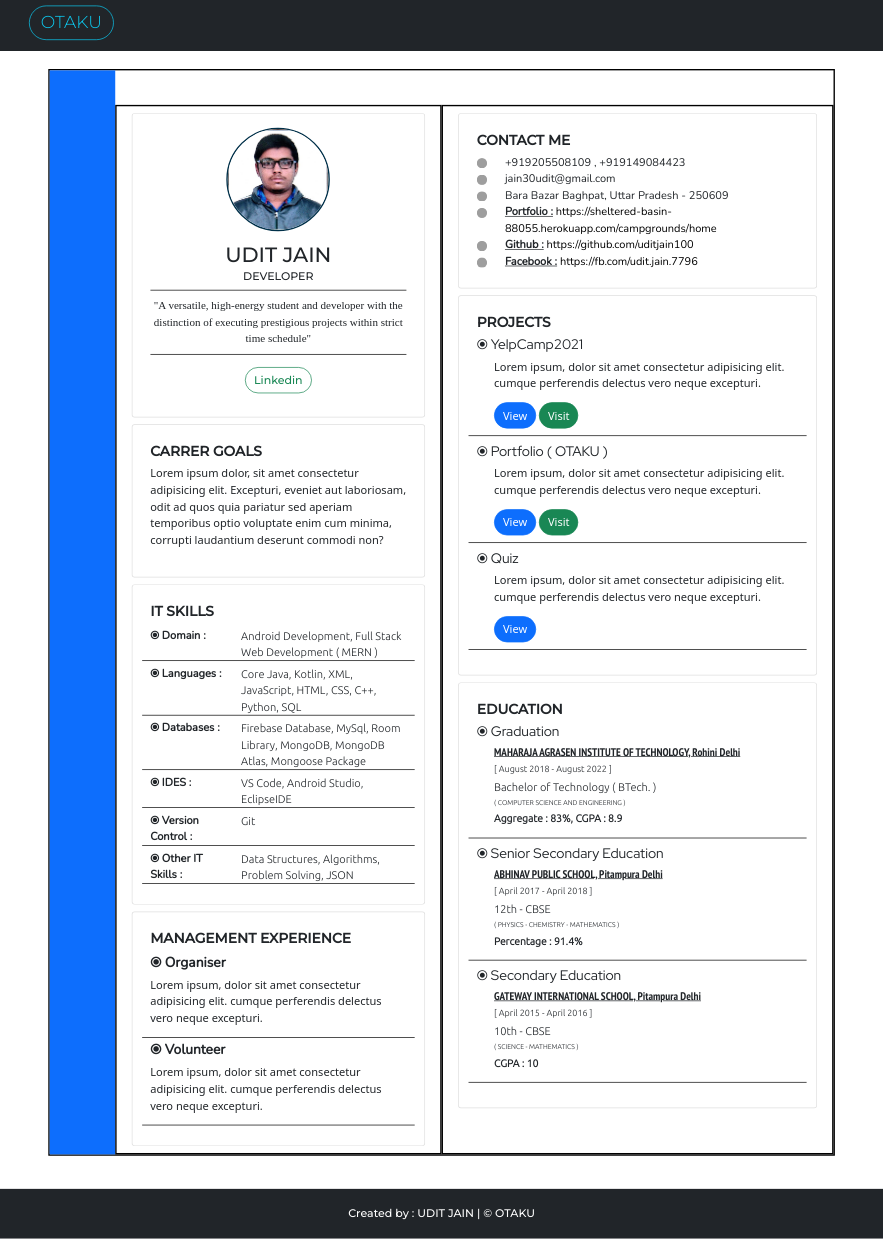
Repository: uditjain100/Responsive-Resume
Page: layouts/index.html
These files come from the project's save history. The page is drawn as it stood at one moment and after the next save; the edit follows.
The browser window is 1280 px wide. The pictures show the whole page, at 69% of full size.
Pictures or frames that could not be fetched are drawn as grey boxes. Some web fonts or font styles are not loaded; a fallback is used. Some web libraries are served in a nearby version.

Above is the page before, as saved 2021-03-01 18:33:08.

### layouts/index.html
<!DOCTYPE html>
<html lang="en">
  <head>
    <meta charset="UTF-8" />
    <meta http-equiv="X-UA-Compatible" content="IE=edge" />
    <meta name="viewport" content="width=device-width, initial-scale=1.0" />
    <title>Udit Jain</title>
    <link rel="stylesheet" href="app.css" />
    <link
      href="https://cdn.jsdelivr.net/npm/bootstrap@5.0.0-beta1/dist/css/bootstrap.min.css"
      rel="stylesheet"
      integrity="sha384-giJF6kkoqNQ00vy+HMDP7azOuL0xtbfIcaT9wjKHr8RbDVddVHyTfAAsrekwKmP1"
      crossorigin="anonymous"
    />

    <link rel="preconnect" href="https://fonts.gstatic.com" />
    <link
      href="https://fonts.googleapis.com/css2?family=Montserrat:wght@300;500&display=swap"
      rel="stylesheet"
    />
    <link
      href="https://fonts.googleapis.com/css2?family=Roboto+Slab:wght@300&display=swap"
      rel="stylesheet"
    />
    <link
      href="https://fonts.googleapis.com/css2?family=Spartan:wght@500&display=swap"
      rel="stylesheet"
    />
    <link
      href="https://fonts.googleapis.com/css2?family=Red+Hat+Display&display=swap"
      rel="stylesheet"
    />
    <link
      href="https://fonts.googleapis.com/css2?family=Ubuntu:wght@300&display=swap"
      rel="stylesheet"
    />
    <link
      href="https://fonts.googleapis.com/css2?family=Quicksand:wght@700&display=swap"
      rel="stylesheet"
    />
    <link
      href="https://fonts.googleapis.com/css2?family=Nunito&display=swap"
      rel="stylesheet"
    />
    <link
      href="https://fonts.googleapis.com/css2?family=Akaya+Kanadaka&display=swap"
      rel="stylesheet"
    />
    <link
      href="https://fonts.googleapis.com/css2?family=Akaya+Kanadaka&family=PT+Sans+Narrow:wght@700&display=swap"
      rel="stylesheet"
    />
  </head>
  <body>
    <header class="header">
      <nav class="navbar navbar-expand-lg navbar-light bg-dark pb-3 fixed-top">
        <div class="container-fluid">
          <a
            id="navtitle"
            class="navbar-brand text-info px-3 rounded-pill border border-info"
            href="#"
            >OTAKU</a
          >
        </div>
      </nav>
    </header>

    <div class="container">
      <div id="wholewindow" class="row">
        <div class="col-1 bg-primary"></div>
        <div id="leftwindow" class="col-5">
          <div id="namebox" class="card">
            <img
              id="profileimg"
              src="profile.jpg"
              class="card-img-top"
              alt="..."
            />
            <div class="card-body">
              <h3 class="card-title" style="font-size: 30px; font-weight: 400">
                UDIT JAIN
              </h3>
              <h6 class="card-subtitle">DEVELOPER</h6>
              <p id="summary">
                "A versatile, high-energy student and developer with the
                distinction of executing prestigious projects within strict time
                schedule"
              </p>
              <a href="#" class="btn btn-outline-success rounded-pill m-2"
                >Linkedin</a
              >
            </div>
          </div>
          <div id="goalbox" class="card">
            <div class="card-body">
              <h3 class="card-title">CARRER GOALS</h3>
              <p>
                Lorem ipsum dolor, sit amet consectetur adipisicing elit.
                Excepturi, eveniet aut laboriosam, odit ad quos quia pariatur
                sed aperiam temporibus optio voluptate enim cum minima, corrupti
                laudantium deserunt commodi non?
              </p>
            </div>
          </div>
          <div id="itskillsbox" class="card">
            <div class="card-body">
              <h3 class="card-title">IT SKILLS</h3>
              <ul class="list-group">
                <li id="itskillsitem" class="row">
                  <span class="col-4" id="que">⦿ Domain : </span>
                  <span class="col-8" id="ans"
                    >Android Development, Full Stack Web Development ( MERN
                    )</span
                  >
                </li>
                <li id="itskillsitem" class="row">
                  <span class="col-4" id="que">⦿ Languages : </span>
                  <span class="col-8" id="ans"
                    >Core Java, Kotlin, XML, JavaScript, HTML, CSS, C++, Python,
                    SQL</span
                  >
                </li>
                <li id="itskillsitem" class="row">
                  <span class="col-4" id="que">⦿ Databases : </span>
                  <span class="col-8" id="ans"
                    >Firebase Database, MySql, Room Library, MongoDB, MongoDB
                    Atlas, Mongoose Package</span
                  >
                </li>
                <li id="itskillsitem" class="row">
                  <span class="col-4" id="que">⦿ IDES : </span>
                  <span class="col-8" id="ans"
                    >VS Code, Android Studio, EclipseIDE</span
                  >
                </li>
                <li id="itskillsitem" class="row">
                  <span class="col-4" id="que">⦿ Version Control : </span>
                  <span class="col-8" id="ans">Git</span>
                </li>
                <li id="itskillsitem" class="row">
                  <span class="col-4" id="que">⦿ Other IT Skills : </span>
                  <span class="col-8" id="ans"
                    >Data Structures, Algorithms, Problem Solving, JSON</span
                  >
                </li>
              </ul>
            </div>
          </div>
          <div id="managementskillsbox" class="card">
            <div class="card-body">
              <h3 class="card-title">MANAGEMENT EXPERIENCE</h3>
              <ul class="list-group">
                <li id="managementskillsitem" class="row">
                  <h5 id="que" class="display-10">⦿ Organiser</h5>
                  <p>
                    Lorem ipsum, dolor sit amet consectetur adipisicing elit.
                    cumque perferendis delectus vero neque excepturi.
                  </p>
                </li>
                <li id="managementskillsitem" class="row">
                  <h5 id="que" class="display-10">⦿ Volunteer</h5>
                  <p>
                    Lorem ipsum, dolor sit amet consectetur adipisicing elit.
                    cumque perferendis delectus vero neque excepturi.
                  </p>
                </li>
              </ul>
            </div>
          </div>
        </div>
        <div id="rightwindow" class="col-6">
          <div id="contactbox" class="card">
            <div class="card-body">
              <h3 class="card-title">CONTACT ME</h3>
              <ul class="list-group">
                <li id="contactitem" class="row">
                  <div class="col-1">
                    <img
                      src="https://cdn.jsdelivr.net/npm/simple-icons@3.0.1/icons/android.svg"
                      alt=""
                    />
                  </div>
                  <div class="col-11">+919205508109 , +919149084423</div>
                </li>
                <li id="contactitem" class="row">
                  <div class="col-1">
                    <img
                      src="https://cdn.jsdelivr.net/npm/simple-icons@3.0.1/icons/gmail.svg"
                      alt=""
                    />
                  </div>
                  <div class="col-11">jain30udit@gmail.com</div>
                </li>
                <li id="contactitem" class="row">
                  <div class="col-1">
                    <img
                      src="https://cdn.jsdelivr.net/npm/simple-icons@3.0.1/icons/googlemaps.svg"
                      alt=""
                    />
                  </div>
                  <div class="col-11">
                    Bara Bazar Baghpat, Uttar Pradesh - 250609
                  </div>
                </li>
                <li id="contactitem" class="row">
                  <div class="col-1">
                    <img
                      src="https://cdn.jsdelivr.net/npm/simple-icons@4.13.0/icons/webpack.svg"
                      alt=""
                    />
                  </div>
                  <div style="text-align: left; margin-left: 0" class="col-11">
                    <span style="text-decoration: underline; font-weight: 800"
                      >Portfolio :</span
                    >
                    <a
                      href="https://sheltered-basin-88055.herokuapp.com/campgrounds/home"
                      ><span
                        >https://sheltered-basin-88055.herokuapp.com/campgrounds/home</span
                      ></a
                    >
                  </div>
                </li>
                <li id="contactitem" class="row">
                  <div class="col-1">
                    <img
                      src="https://cdn.jsdelivr.net/npm/simple-icons@4.13.0/icons/github.svg"
                      alt=""
                    />
                  </div>
                  <div style="text-align: left; margin-left: 0" class="col-11">
                    <span style="text-decoration: underline; font-weight: 800"
                      >Github :</span
                    >
                    <a href="https://github.com/uditjain100"
                      ><span>https://github.com/uditjain100</span></a
                    >
                  </div>
                </li>
                <li id="contactitem" class="row">
                  <div class="col-1">
                    <img
                      src="https://cdn.jsdelivr.net/npm/simple-icons@4.13.0/icons/facebook.svg"
                      alt=""
                    />
                  </div>
                  <div style="text-align: left; margin-left: 0" class="col-11">
                    <span style="text-decoration: underline; font-weight: 800"
                      >Facebook :</span
                    >
                    <a href="https://fb.com/udit.jain.7796"
                      ><span>https://fb.com/udit.jain.7796</span></a
                    >
                  </div>
                </li>
              </ul>
            </div>
          </div>
          <div id="projectbox" class="card">
            <div class="card-body">
              <h3 class="card-title">PROJECTS</h3>
              <ul class="list-group">
                <li id="projectitem" class="row">
                  <h5 id="projecttitle" class="display-10">⦿ YelpCamp2021</h5>
                  <div id="projectdetails">
                    <p>
                      Lorem ipsum, dolor sit amet consectetur adipisicing elit.
                      cumque perferendis delectus vero neque excepturi.
                    </p>
                    <span>
                      <a href="" class="btn btn-primary rounded-pill">View</a>
                      <a href="" class="btn btn-success rounded-pill">Visit</a>
                    </span>
                  </div>
                </li>
                <li id="projectitem" class="row">
                  <h5 id="projecttitle" class="display-10">
                    ⦿ Portfolio ( OTAKU )
                  </h5>
                  <div id="projectdetails">
                    <p>
                      Lorem ipsum, dolor sit amet consectetur adipisicing elit.
                      cumque perferendis delectus vero neque excepturi.
                    </p>
                    <span>
                      <a
                        href="https://github.com/uditjain100/YelpCamp2021"
                        class="btn btn-primary rounded-pill"
                        >View</a
                      >
                      <a
                        href="https://sheltered-basin-88055.herokuapp.com/campgrounds/home"
                        class="btn btn-success rounded-pill"
                        >Visit</a
                      >
                    </span>
                  </div>
                </li>
                <li id="projectitem" class="row">
                  <h5 id="projecttitle" class="display-10">⦿ Quiz</h5>
                  <div id="projectdetails">
                    <p>
                      Lorem ipsum, dolor sit amet consectetur adipisicing elit.
                      cumque perferendis delectus vero neque excepturi.
                    </p>
                    <span>
                      <a
                        href="https://github.com/uditjain100/Quiz"
                        class="btn btn-primary rounded-pill"
                        >View</a
                      >
                    </span>
                  </div>
                </li>
              </ul>
            </div>
          </div>
          <div id="educationbox" class="card">
            <div class="card-body">
              <h3 class="card-title">EDUCATION</h3>
              <ul class="list-group">
                <li id="educationitem" class="row">
                  <h5 id="educationtitle" class="display-10">⦿ Graduation</h5>
                  <div id="details" style="margin-left: 25px">
                    <h6
                      id="institutename"
                      style="font-family: 'PT Sans Narrow'"
                      class="display-12"
                    >
                      MAHARAJA AGRASEN INSTITUTE OF TECHNOLOGY, Rohini Delhi
                    </h6>
                    <h6
                      class="text-fade"
                      id="timestamp"
                      style="font-weight: 400"
                    >
                      [ August 2018 - August 2022 ]
                    </h6>
                    <h6 id="stream">Bachelor of Technology ( BTech. )</h6>
                    <h6 id="subjects">( COMPUTER SCIENCE AND ENGINEERING )</h6>
                    <h6 id="marks">Aggregate : 83%, CGPA : 8.9</h6>
                  </div>
                </li>
                <li id="educationitem" class="row">
                  <h5 id="educationtitle" class="display-10">
                    ⦿ Senior Secondary Education
                  </h5>
                  <div id="details" style="margin-left: 25px">
                    <h6
                      id="institutename"
                      style="font-family: 'PT Sans Narrow'"
                      class="display-12"
                    >
                      ABHINAV PUBLIC SCHOOL, Pitampura Delhi
                    </h6>
                    <h6
                      class="text-fade"
                      id="timestamp"
                      style="font-weight: 400"
                    >
                      [ April 2017 - April 2018 ]
                    </h6>
                    <h6 id="stream">12th - CBSE</h6>
                    <h6 id="subjects">( PHYSICS - CHEMISTRY - MATHEMATICS )</h6>
                    <h6 id="marks">Percentage : 91.4%</h6>
                  </div>
                </li>
                <li id="educationitem" class="row">
                  <h5 id="educationtitle" class="display-10">
                    ⦿ Secondary Education
                  </h5>
                  <div id="details" style="margin-left: 25px">
                    <h6
                      id="institutename"
                      style="font-family: 'PT Sans Narrow'"
                      class="display-12"
                    >
                      GATEWAY INTERNATIONAL SCHOOL, Pitampura Delhi
                    </h6>
                    <h6
                      class="text-fade"
                      id="timestamp"
                      style="font-weight: 400"
                    >
                      [ April 2015 - April 2016 ]
                    </h6>
                    <h6 id="stream">10th - CBSE</h6>
                    <h6 id="subjects">( SCIENCE - MATHEMATICS )</h6>
                    <h6 id="marks">CGPA : 10</h6>
                  </div>
                </li>
              </ul>
            </div>
          </div>
        </div>
      </div>
    </div>

    <footer class="footer bg-dark mt-5 py-4">
      <div class="container">
        <span class="" style="text-align: center"
          >Created by : UDIT JAIN | &copy; OTAKU</span
        >
      </div>
    </footer>

    <script
      src="https://cdn.jsdelivr.net/npm/@popperjs/core@2.6.0/dist/umd/popper.min.js"
      integrity="sha384-KsvD1yqQ1/1+IA7gi3P0tyJcT3vR+NdBTt13hSJ2lnve8agRGXTTyNaBYmCR/Nwi"
      crossorigin="anonymous"
    ></script>
    <script
      src="https://cdn.jsdelivr.net/npm/bootstrap@5.0.0-beta2/dist/js/bootstrap.min.js"
      integrity="sha384-nsg8ua9HAw1y0W1btsyWgBklPnCUAFLuTMS2G72MMONqmOymq585AcH49TLBQObG"
      crossorigin="anonymous"
    ></script>

    <script src="https://cdnjs.cloudflare.com/ajax/libs/typed.js/2.0.11/typed.min.js"></script>

    <script src="app.js"></script>
  </body>
</html>

### layouts/app.css
/* * Common Section */

@keyframes transitionIn {
  from {
    opacity: 0;
    transform: rotateY(-10deg);
  }
  to {
    opacity: 1;
    transform: rotateY(0);
  }
}

html {
  animation: transitionIn 1s;
}

/* * Navbar Section */

#navtitle {
  font-family: "Montserrat";
  font-size: 25px;
  font-weight: 300;
  margin-left: 30px;
}

#navlist li {
  font-family: "Montserrat";
  font-weight: 200;
  margin: 10px;
  padding: 10px;
  font-size: 20px;
  transition: 0.1s;
  display: flex;
  flex-direction: column-reverse;
  align-items: center;
}

#navlist li img {
  width: 30px;
  display: none;
  height: 30px;
  margin: 5px;
  border-radius: 50%;
}

#navlist li:hover {
  font-weight: 500;
  border-bottom-left-radius: 10%;
  border-bottom-right-radius: 10%;
  border-bottom: 2px white solid;
}

@media (max-width: 993px) {
  #navlist li img {
    display: flex;
    background-color: grey;
  }
}

/*  ********************* resume work */

#wholewindow {
  margin-top: 100px;
  border: 2px black solid;
  display: flex;
  flex-direction: row;
  flex-wrap: wrap;
  justify-content: space-evenly;
  /* align-items: center; */
}

#leftwindow,
#rightwindow {
  margin-top: 50px;
  border: 2px black solid;
  min-width: 400px;
}

#namebox {
  display: flex;
  flex-direction: column;
  flex-wrap: wrap;
  justify-content: space-evenly;
  align-items: center;
  text-align: center;
  font-family: "Montserrat";
}

#profileimg {
  width: 150px;
  height: 150px;
  border-radius: 50%;
  border: 2px #003049 solid;
  margin-top: 10px;
}
#summary {
  font-family: "Akaya Kanadaka";
  margin-top: 10px;
  margin-bottom: 10px;
  padding-top: 10px;
  padding-bottom: 10px;

  border-bottom: 1px black solid;
  border-top: 1px black solid;
}

#itskillsitem,
#managementskillsitem {
  border-bottom: 1px black solid;
  margin-top: 3px;
  margin-bottom: 3px;
}

#que {
  font-family: "Nunito";
  font-weight: 900;
  text-align: left;
}

#ans {
  font-family: "Ubuntu";
  font-weight: 400;
  text-align: left;
}

li img {
  width: 15px;
  height: 15px;
  border-radius: 50%;
  margin-right: 5px;
}

#contactitem {
  font-family: "Nunito";
}

#contactitem div a {
  color: black;
  text-decoration: none;
  transition: 0.3s;
}

#contactitem div a:hover {
  color: dodgerblue;
  text-decoration: underline;
}

#educationtitle {
  font-family: "Red Hat Display";
  font-weight: 200;
}

#educationitem,
#projectitem {
  margin-bottom: 10px;
  padding-bottom: 10px;
  border-bottom: 1px black solid;
}

#details {
  font-family: "Ubuntu";
}

#institutename {
  text-decoration: underline;
}

#timestamp {
  font-size: 13px;
}

#stream {
  font-size: 16px;
  font-weight: 400;
}

#subjects {
  font-size: 10px;
  font-weight: 300;
}

#marks {
  font-size: 15px;
  font-weight: 700;
}

#projecttitle {
  font-family: "Red Hat Display";
  font-weight: 400;
}

#projectdetails {
  margin-left: 25px;
}

.card {
  margin: 10px;
  padding: 10px;
}

.card-title {
  font-family: "Montserrat";
  font-weight: 900;
  font-size: 20px;
}

/* * Common Section */

.footer {
  position: -webkit-sticky;
  left: 0;
  bottom: 0;
  width: 100%;
  color: white;
  text-align: center;
  font-family: "Montserrat";
}

Loaded but not shown: layouts/app.js (no copy from this time; the picture is the same without it)

After the next save:
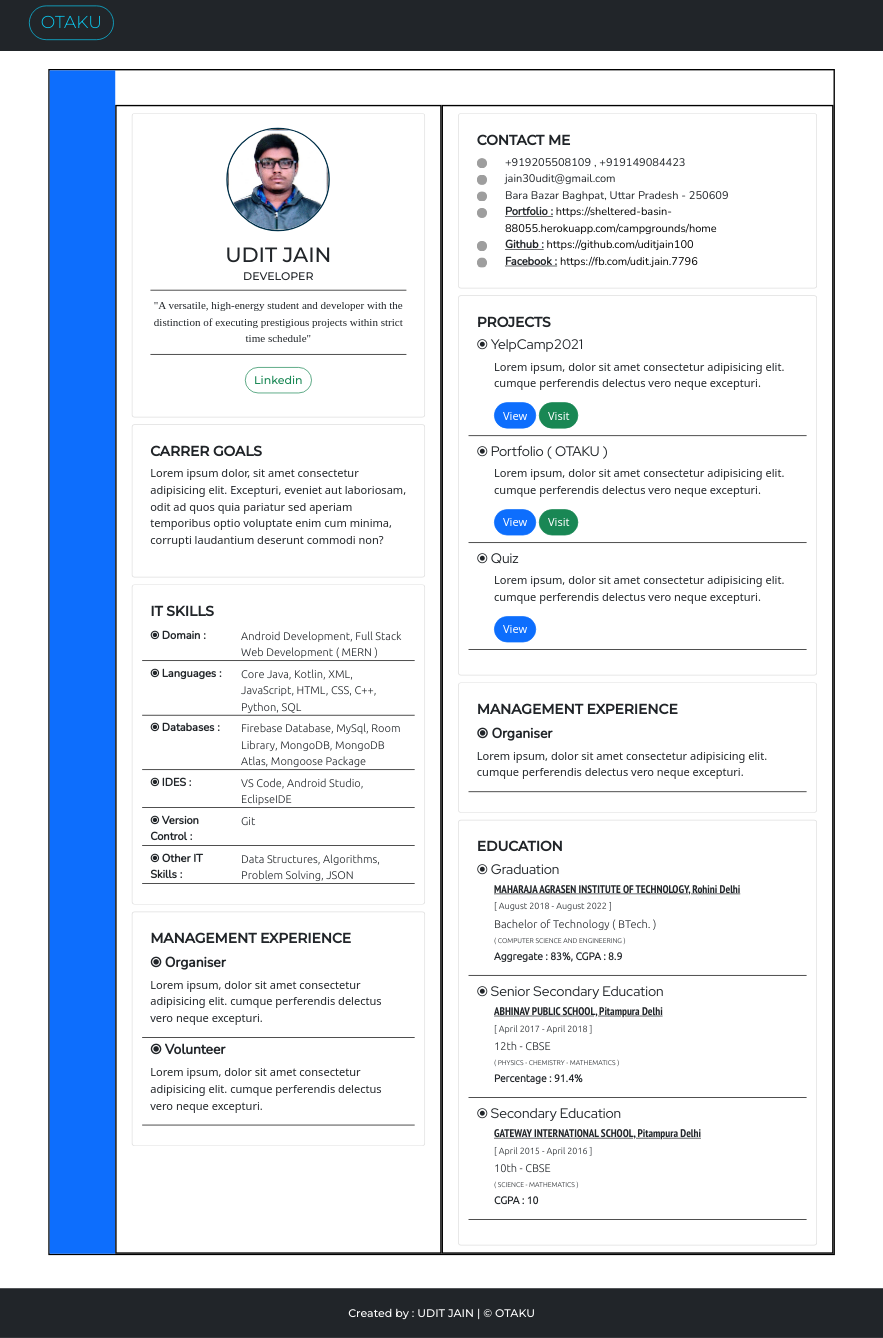
Saved 18 min 21 s later.
--- a/layouts/index.html
+++ b/layouts/index.html
@@ -315,6 +315,20 @@
               </ul>
             </div>
           </div>
+          <div id="managementskillsbox" class="card">
+            <div class="card-body">
+              <h3 class="card-title">MANAGEMENT EXPERIENCE</h3>
+              <ul class="list-group">
+                <li id="managementskillsitem" class="row">
+                  <h5 id="que" class="display-10">⦿ Organiser</h5>
+                  <p>
+                    Lorem ipsum, dolor sit amet consectetur adipisicing elit.
+                    cumque perferendis delectus vero neque excepturi.
+                  </p>
+                </li>
+              </ul>
+            </div>
+          </div>
           <div id="educationbox" class="card">
             <div class="card-body">
               <h3 class="card-title">EDUCATION</h3>
